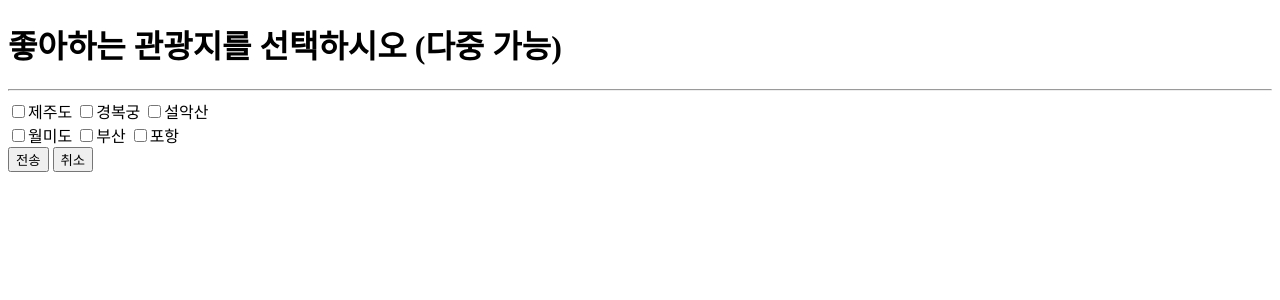
Repository: minimelody/servlet
Page: webworkspace2/web1/WebContent/views/ex1/check.html
These files come from the project's save history. The page is drawn as it stood at one moment and after the next save; the edit follows.
The browser window is 1280 px wide. The pictures show the whole page.

Above is the page before, as saved 2018-05-17 08:08:16.

After the next save:
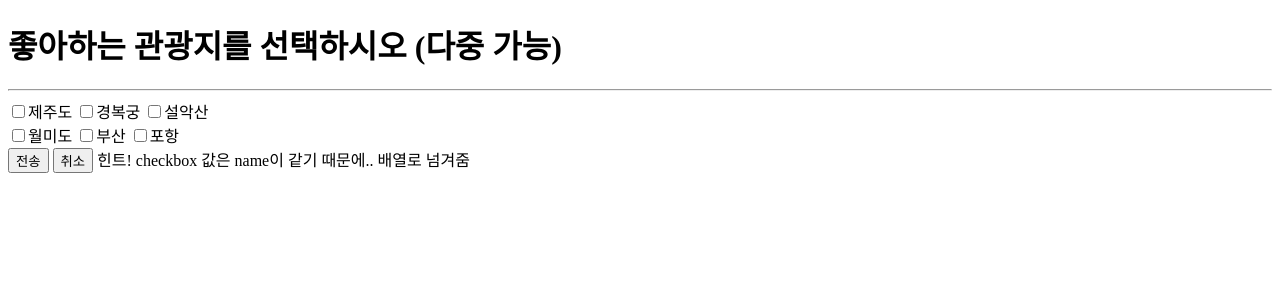
Saved 14 s later.
--- a/webworkspace2/web1/WebContent/views/ex1/check.html
+++ b/webworkspace2/web1/WebContent/views/ex1/check.html
@@ -18,6 +18,7 @@
 		<br>
 		<input type="submit" value="전송">
 		<input type="reset" value="취소">
+		힌트! checkbox 값은 name이 같기 때문에.. 배열로 넘겨줌
 	</form>
 </body>
 </html>
